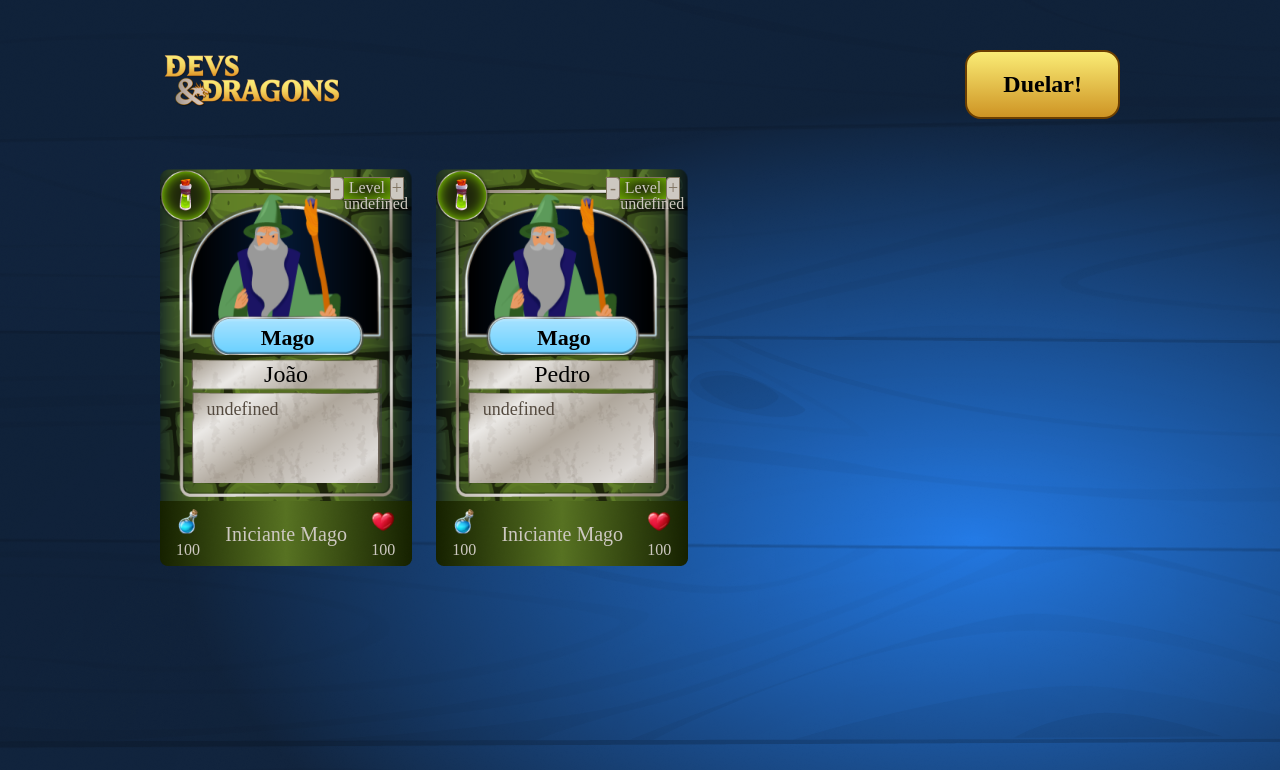
Repository: joaoPraiaJunior/js-classes-herencas-poo
Page: index.html
An editor plug-in stored every save of this project. The page is shown before and after the next save, followed by the edit.
The browser window is 1280 px wide. The pictures show the whole page.
Some web fonts or font styles are not loaded; a fallback is used.

Above is the page before, as saved 2024-09-09 17:42:58.

### index.html
<!DOCTYPE html>
<html lang="pt-BR" dir="ltr">

<head>
    <meta charset="UTF-8">
    <meta http-equiv="X-UA-Compatible" content="IE=edge">
    <meta name="viewport" content="width=device-width, initial-scale=1.0">
    <title>Cartas Personagens</title>
    <link rel="stylesheet" href="./src/assets/css/reset.css">
    <link rel="stylesheet" href="./src/assets/css/style.css">
    <link rel="stylesheet" href="./src/assets/css/modal.css">
    <link rel="icon" type="image/x-icon" href="./src/assets/img/favicon.png">
    <link href="https://fonts.googleapis.com/css2?family=Smythe&family=UnifrakturMaguntia&display=swap"
        rel="stylesheet">
    <link href="https://maxcdn.bootstrapcdn.com/font-awesome/4.7.0/css/font-awesome.min.css" rel="stylesheet">
</head>

<body>
    <header>
        <h1 class="titulo"><img src="./src/assets/img/logo.png" alt="logo Devs&Dragons"></h1>
        <button class="botao-duelar">Duelar!</button>
    </header>

    <ul id="personagens" class="personagens"></ul>

    <div class="fundo-modal" id="fundo-modal"></div>
    <div class="modal" id="modal">
        <img src="./src/assets/img/trofeu.png" alt="">
        <span class="mensagem"></span>
        <button class="modal-fechar-botao" id="fechar-botao"><i class="fa fa-times"></i></button>
    </div>

    <script type="module" src="./src/index.js"></script>
</body>

</html>

### src/assets/css/style.css
:root {
    --fonte-titulo-cartas: 'UnifrakturMaguntia', cursive;
    --fonte-textos: 'Smythe', cursive;
}

/*Genéricos*/

body {
    font-family: var(--fonte-textos);
    background-image: url(../img/fundo-madeira.png);
    height: 100vh;
}

header,
.personagens {
    width: 75%;
    margin: auto;
}

header {
    display: flex;
    justify-content: space-between;
    margin-top: 50px;
    margin-bottom: 50px;
    max-width: 1357px;
}

.titulo {
    color: white;
    font-size: 48px;
}

.botao-duelar {
    background: linear-gradient(180deg, #FAEC75 0%, #CE9424 100%);
    border: 2px solid #6C3F00;
    border-radius: 16px;
    font-family: var(--fonte-titulo-cartas);
    font-weight: 700;
    font-size: 24px;
    line-height: 31px;
    padding: 8px 36px;
}

.personagens {
    display: flex;
    flex-wrap: wrap;
    gap: 1.5rem;
    max-width: 1357px;
}

.personagem {
    width: 252.18px;
    cursor: pointer;
    transition: all 0.3s;
}

.personagem.selecionado {
    transform: translateY(-1.25rem);
}

.container-superior {
    height: 332px;
    position: relative;
}

.cabecalho {
    display: flex;
    justify-content: space-between;
    margin-bottom: 137px;
}

.combate {
    height: 53.33px;
    width: 53.33px;
    background-size: contain;
}

.level {
    height: 22.86px;
    display: flex;
    width: 74.66px;
    align-items: center;
    margin-top: 8px;
    margin-right: 8px;
    position: relative;
    z-index: 99;
}

.aumentar-level,
.diminuir-level {
    font-family: var(--fonte-textos);
    color: #817462;
    font-size: 18px;
    background-color: #CDC8C1;
    width: 14.86px
}

.aumentar-level {
    border: 1px solid #817462;
    border-radius: 4px 0 0 4px;
}

.diminuir-level {
    border: 1px solid #817462;
    border-radius: 0 4px 4px 0;
}

.level-texto {
    width: 45.71px;
    border-bottom: 1px solid #817462;
    border-top: 1px solid #817462;
    color: #CDC8C1;
    text-align: center;
    height: 22.86px;
    padding-top: 2px;
}

.container-imagem {
    height: 160px;
    height: 166px;
    width: 79%;
    position: absolute;
    top: 21px;
    left: 25px;
}

.imagem {
    height: 148.56px;
}

.container-tipo {
    background-image: url(../img/tarja-azul.png);
    background-repeat: no-repeat;
    height: 40px;
    width: 78%;
    position: absolute;
    top: 125px;
    left: 25px;
}

.tipo {
    font-family: var(--fonte-titulo-cartas);
    text-align: center;
    padding: 12px 0;
    font-weight: 700;
    font-size: 22px;
}

.container-nome {
    background-image: url(../img/fundo-nome.png);
    background-repeat: no-repeat;
    height: 31.63px;
    width: 191px;
    margin: auto;

}

.nome {
    font-size: 24px;
    line-height: 30px;
    text-align: center;

}

.container-descricao {
    background-image: url(../img/fundo-descricao.png);
    background-repeat: no-repeat;
    height: 92px;
    width: 191px;
    margin: auto;
}

.descricao {
    font-size: 18px;
    line-height: 21px;
    color: #554B40;
    padding: 8px 16px;
}

.container-inferior {
    height: 65px;
    gap: 8px;
    display: grid;
    padding: 8px 16px;
    grid-template-columns: auto 1fr auto;
    grid-template-areas:
        "mana insignia vida"
        "valor-mana insignia valor-vida";
}

.mana,
.vida,
.insignia {
    color: #CDC8C1;
}

.mana {
    grid-area: valor-mana;
}

.vida {
    grid-area: valor-vida;
}

.icone-vida {
    grid-area: vida;
}

.icone-mana {
    grid-area: mana;
}

.insignia {
    grid-area: insignia;
    justify-self: center;
    align-self: center;
    font-size: 20px;
    text-align: center;

}

/*Mago*/

.Mago .container-superior {
    background-image: url(../img/fundo-carta-verde.png);
}

.Mago .container-inferior {
    background-image: url(../img/retangulo-verde.png);
}

.Mago .combate {
    background-image: url(../img/combate-mago.png);
}

.Mago .level-texto {
    background: radial-gradient(#1F270A, #66A002);
}

.Mago .imagem {
    background-image: url(../img/mago.png);
    background-repeat: no-repeat;
}

/*Arqueiro*/

.Arqueiro .container-superior {
    background-image: url(../img/fundo-carta-azul.png);
}

.Arqueiro .container-inferior {
    background-image: url(../img/retangulo-azul.png);
}

.Arqueiro .combate {
    background-image: url(../img/combate-arqueiro.png);
}

.Arqueiro .level-texto {
    background: radial-gradient(#072041, #145BAB);
}

.Arqueiro .imagem {
    background-image: url(../img/arqueiro.png);
    background-repeat: no-repeat;
}

/*Guerreiro*/

.Guerreiro .container-superior {
    background-image: url(../img/fundo-carta-vermelha.png);
}

.Guerreiro .container-inferior {
    background-image: url(../img/retangulo-vermelho.png);
}

.Guerreiro .combate {
    background-image: url(../img/combate-guerreiro.png);
}

.Guerreiro .level-texto {
    background: radial-gradient(#56272D, #C1272D);
}

.Guerreiro .imagem {
    background-image: url(../img/guerreiro.png);
    background-repeat: no-repeat;
}

/*ArqueiroMago*/

.ArqueiroMago .container-superior {
    background-image: url(../img/fundo-carta-roxa.png);
}

.ArqueiroMago .container-inferior {
    background-image: url(../img/retangulo-roxo.png);
}

.ArqueiroMago .combate {
    background-image: url(../img/combate-arqueiro-Mago.png);
}

.ArqueiroMago .level-texto {
    background: radial-gradient(#3D003F, #93278F);
}

.ArqueiroMago .imagem {
    background-image: url(../img/arqueiro-mago.png);
    background-repeat: no-repeat;
}

### src/assets/css/modal.css
.modal {
    pointer-events: none;
    opacity: 0;
    transition: opacity 0.3s;
    position: absolute;
    top: 40%;
    left: 0;
    right: 0;
    width: 336px;
    height: 120px;
    margin: 0 auto;
    padding: 30px;
    background: #fff;
    border-radius: 4px;
    box-shadow: 0 3px 10px rgba(0, 0, 0, 0.3);
    background: linear-gradient(180deg, #FAEC75 0%, #CE9424 100%);
    border: 2px solid #6C3F00;
    z-index: 100;
    display: flex;
    align-items: center;
}

.modal-fechar-botao {
    position: absolute;
    right: 10px;
    top: 10px;
    font-size: 20px;
}

.fundo-modal {
    pointer-events: none;
    opacity: 0;
    transition: opacity 0.3s;
    position: fixed;
    top: 0;
    left: 0;
    right: 0;
    bottom: 0;
    width: 100%;
    height: 100%;
    background-color: rgba(0, 0, 0, 0.5);
    z-index: 99;
}

.visivel {
    opacity: 1;
    pointer-events: auto;
}

.mensagem {
    font-size: 24px;
    line-height: 28px;
    color: #6C3F00;
    margin-left: 24px;
}

### src/index.js
import { PersonagemView } from './components/personagem-view.js';
import { Mago } from './modules/Mago.js';


const magoJoao = new Mago('João', 3, 'Fogo', 7, 9);
const magoJulia = new Mago('Pedro', 10, 'Água', 5, 7);

const personagens = [magoJoao, magoJulia];
const personagemView = new PersonagemView(personagens);
personagemView.render();

### src/components/personagem-view.js
export class PersonagemView {

    personagens

    constructor(personagens) {
        this.personagens = personagens
        this.ulPersonagens = document.querySelector('ul#personagens')
    }

    render() {
        this.ulPersonagens.innerHTML = ''
        this.personagens.forEach(personagem => {
            const personagemLI = this.criaPersonagem(personagem)
            this.ulPersonagens.appendChild(personagemLI)
        })
    }

    criaPersonagem = (personagem) => {
        const personagemLI = document.createElement('li')
        personagemLI.classList.add('personagem', personagem.tipo)

        //const estaSelecionado = this.personagensSelecionados.indexOf(personagem) !== -1 //sintaxe para quando encontra no array

        //if (estaSelecionado) personagemLI.classList.add('selecionado')

        personagemLI.innerHTML =

        `
        <div class="container-superior">
            <div class="cabecalho">
                <div class="combate"></div>
                <div class="level">
                    <button class="diminuir-level">-</button>
                    <p class="level-texto">Level ${personagem.level}</p>
                    <button class="aumentar-level">+</button>
                </div>
            </div>
            <div class="container-imagem">
                <div class="imagem"></div>
                <div class="container-tipo">
                    <h2 class="tipo">${personagem.tipo}</h2>
                </div>
            </div>
            <div class="container-nome">
                <h3 class="nome">${personagem.nome}</h3>
            </div>
            <div class="container-descricao">
                <p class="descricao">${personagem.descricao}</p>
            </div>
        </div>
        <div class="container-inferior">
            <img src="./src/assets/img/icone-mana.png" class="icone-mana">
            <p class="insignia">${personagem.obterInsignia()}</p>
            <img src="./src/assets/img/icone-vida.png" class="icone-vida">
            <h4 class="mana">${personagem.mana}</h4>
            <h4 class="vida">${personagem.vida}</h4>
        </div>
        `

        /*const containerLevel = personagemLI.querySelector('.level')
        containerLevel.onclick = (evt) => {
            evt.stopPropagation()

            if (evt.target.classList.contains('diminuir-level')) personagem.diminuirLevel()

            if (evt.target.classList.contains('aumentar-level')) personagem.aumentarLevel()

            this.render()
        }*/


        /*personagemLI.onclick = () => {
            const jaTem2Selecionados = this.personagensSelecionados.length === 2
            if (!jaTem2Selecionados || estaSelecionado) {
                personagemLI.classList.toggle('selecionado')

                if (!estaSelecionado) return this.adicionaSelecao(personagem)

                this.removeSelecao(personagem)
            }
        }*/

        return personagemLI
    }


    /*adicionaSelecao = (personagem) => {
        this.personagensSelecionados.push(personagem)
        this.render()
    }


    removeSelecao = (personagem) => {
        const indexDoPersonagemNoArray = this.personagensSelecionados.indexOf(personagem)
        this.personagensSelecionados.splice(indexDoPersonagemNoArray, 1)
        this.render()
    }

    escutarEventoDuelo() {
        const botaoDuelar = document.querySelector('.botao-duelar')

        botaoDuelar.addEventListener('click', () => {
            if (this.personagensSelecionados.length < 2) return mostrarModal('Selecione 2 personagens')

            const resultadoDuelo = Personagem.verificarVencedor(this.personagensSelecionados[0], this.personagensSelecionados[1])

            mostrarModal(resultadoDuelo)

            this.personagensSelecionados.splice(0, this.personagensSelecionados.length)

            this.render()
        })
    }*/
}

### src/modules/Mago.js
import { Personagem } from './Personagem.js'

export class Mago  extends Personagem {

    elementoMagico
    levelMagico
    inteligencia
    tipo = 'Mago'

    constructor(nome, level, elementoMagico, levelMagico, inteligencia) {
        super(nome, level)
        this.elementoMagico = elementoMagico
        this.levelMagico = levelMagico
        this.inteligencia = inteligencia
    }
}

### src/modules/Personagem.js
export class Personagem {
    nome
    vida
    mana
    level
    descricao

    constructor(nome, vida, mana, level, tipo, descricao) {
        this.nome = nome;
        this.vida = 100;
        this.mana = 100;
        this.level = level;
        this.descricao = descricao;
    }

    obterInsignia() {
        if(this.level >= 5) {
            return `Implacável ${this.tipo} `
        }

        return `Iniciante ${this.tipo}`
    }
}

Loaded but not shown: src/assets/css/reset.css (common file)

After the next save:
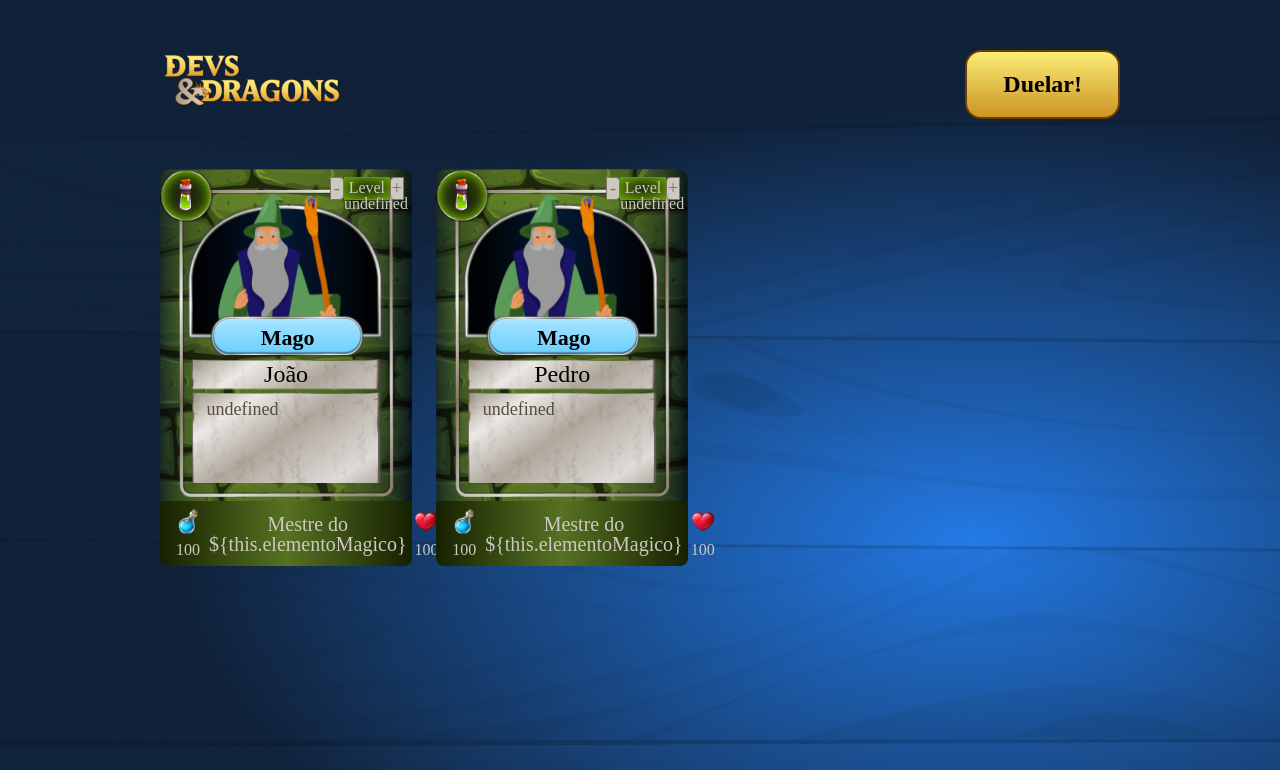
Saved 103 s later.
--- a/src/modules/Mago.js
+++ b/src/modules/Mago.js
@@ -13,4 +13,11 @@
         this.levelMagico = levelMagico
         this.inteligencia = inteligencia
     }
+
+    obterInsignia() {
+        if(this.levelMagico >= 5 && this.inteligencia >= 5) {
+            return 'Mestre do ${this.elementoMagico}'
+        }
+        return super.obterInsignia()
+    }
 }
